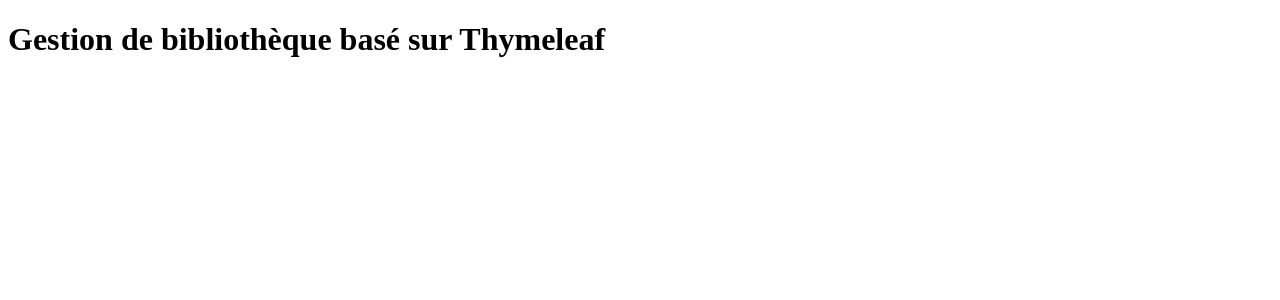
Repository: rdrayef/Spring-SpringBoot-MQL
Page: p06-spring-boot/src/main/resources/static/index.html
The author's editor kept a copy of each file at every save. The page is drawn from the files as they stood at one save, then again after the next save.
The browser window is 1280 px wide. The pictures show the whole page.

Above is the page before, as saved 2023-04-03 15:51:35.

After the next save:
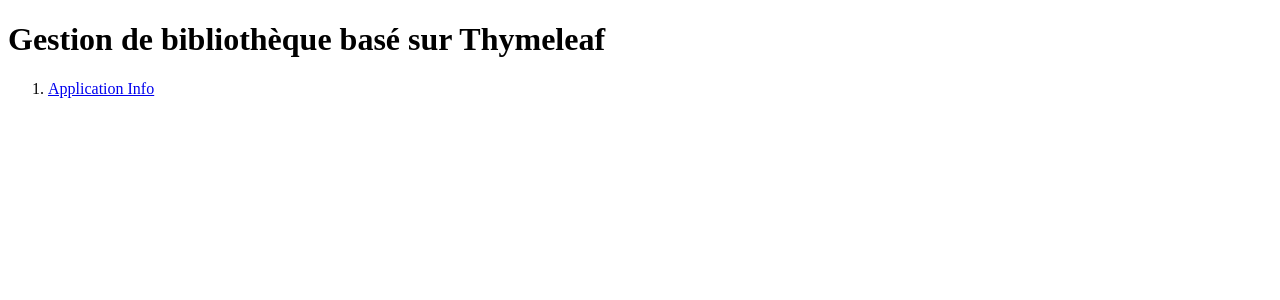
Saved 23 s later.
--- a/p06-spring-boot/src/main/resources/static/index.html
+++ b/p06-spring-boot/src/main/resources/static/index.html
@@ -6,5 +6,8 @@
 </head>
 <body>
 	<h1>Gestion de bibliothèque basé sur Thymeleaf</h1>
+	<ol>
+		<li><a href="get-application-info">Application Info</a></li>
+	</ol>
 </body>
 </html>
